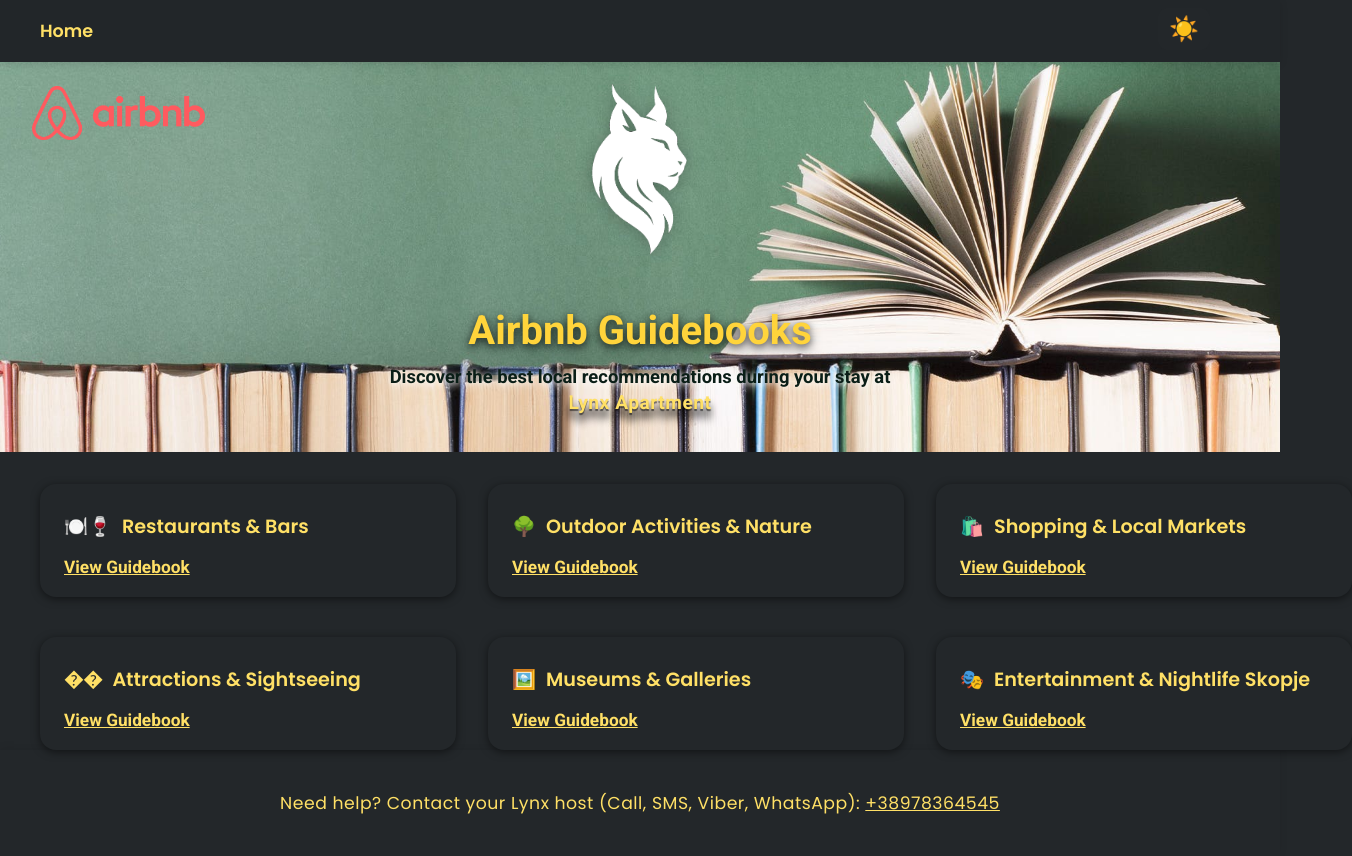
Repository: Z0ck0/Lynx-Apartment-Dashboard
Page: guidebooks.html
The author's editor kept a copy of each file at every save. The page is drawn from the files as they stood at one save, then again after the next save.
The browser window is 1280 px wide. The page is 1352 px wide, so the pictures cover 1352 px, including what lies to the right of the window. The pictures show the whole page.

Above is the page before, as saved 2025-07-02 13:18:09.

### guidebooks.html
<!DOCTYPE html>
<html lang="en">
  <head>
    <meta charset="UTF-8" />
    <title>Lynx Apartments – Guidebooks</title>
    <meta
      name="viewport"
      content="width=device-width, initial-scale=1.0"
    />
    <link
      href="https://fonts.googleapis.com/css?family=Roboto:400,700&display=swap"
      rel="stylesheet"
    />
    <link
      href="https://fonts.googleapis.com/css?family=Poppins:400,600&display=swap"
      rel="stylesheet"
    />
    <style>
      :root {
        --lynx-blue: #0078d7;
        --lynx-yellow: #ffe066;
        --lynx-bg: #f9f9f9;
        --lynx-dark: #23272a;
        --lynx-card: #fff;
        --lynx-shadow: 0 2px 8px
          rgba(0, 0, 0, 0.08);
        --nav-bg: rgba(30, 32, 34, 0.92);
        --nav-text: #fff;
        --nav-accent: #ffe066;
        --nav-shadow: 0 2px 8px
          rgba(0, 0, 0, 0.12);
        --nav-height: 62px;
        --nav-radius: 16px;
      }
      body {
        font-family: "Roboto", Arial, sans-serif;
        background: var(--lynx-bg);
        color: var(--lynx-dark);
        margin: 0;
        padding: 0;
        min-height: 100vh;
        box-sizing: border-box;
        padding-top: var(--nav-height);
      }
      .header {
        background: var(--lynx-card);
        box-shadow: var(--lynx-shadow);
        padding: 24px 0 12px 0;
        text-align: center;
      }
      .lynx-logo {
        width: 90px;
        margin-bottom: 8px;
      }
      .guidebooks-title {
        font-size: 2rem;
        font-weight: bold;
        color: var(--lynx-yellow);
        margin-top: 12px;
        margin-bottom: 8px;
      }
      .welcome {
        font-family: "Poppins", Arial, sans-serif;
        font-size: 1.25rem;
        font-weight: 600;
        margin-bottom: 6px;
        color: var(--lynx-blue);
      }
      .main-content {
        display: grid;
        grid-template-columns: repeat(3, 1fr);
        gap: 40px 80px;
        margin: 32px auto 0 auto;
        max-width: 1200px;
        padding: 0 12px;
        align-items: flex-start;
      }
      .card {
        background: var(--lynx-card);
        border-radius: 16px;
        box-shadow: var(--lynx-shadow);
        padding: 28px 24px 20px 24px;
        min-width: 320px;
        max-width: 400px;
        width: 100%;
        display: flex;
        flex-direction: column;
        align-items: flex-start;
        position: relative;
        margin-bottom: 0;
      }
      .card-title {
        font-family: "Poppins", Arial, sans-serif;
        font-size: 1.2rem;
        font-weight: 600;
        margin-bottom: 12px;
        display: flex;
        align-items: center;
        gap: 10px;
      }
      .guidebook-link {
        color: var(--lynx-blue);
        font-weight: bold;
        text-decoration: underline;
        font-size: 1.08rem;
        margin-top: 4px;
        transition: color 0.2s;
      }
      .guidebook-link:hover {
        color: var(--lynx-yellow);
      }
      .address-card {
        grid-column: 1 / -1;
        margin-bottom: 24px;
        background: var(--lynx-card);
        border-radius: 16px;
        box-shadow: var(--lynx-shadow);
        padding: 20px 20px 16px 20px;
        font-size: 1.08rem;
        color: var(--lynx-dark);
      }
      body.dark-mode .address-card {
        background: #23272a;
        color: #ffe066;
      }
      .address-text {
        margin-top: 6px;
        line-height: 1.5;
      }
      .footer {
        background: var(--lynx-dark);
        color: var(--lynx-yellow);
        text-align: center;
        padding: 40px 40px 40px 40px;
        font-size: 1.08rem;
        font-family: "Poppins", Arial, sans-serif;
        z-index: 100;
        box-shadow: 0 -2px 8px rgba(0, 0, 0, 0.08);
        letter-spacing: 0.5px;
      }
      #theme-toggle {
        position: absolute;
        top: 8px;
        right: 70px;
        font-size: 1.5rem;
        background: var(--lynx-card);
        color: #222;
        border: 1px solid #ccc;
        border-radius: 8px;
        padding: 6px 10px;
        cursor: pointer;
        z-index: 1000;
        transition: background 0.2s, color 0.2s;
      }
      body.dark-mode #theme-toggle {
        background: #23272a;
        color: #ffe066;
        border-color: #23272a;
      }
      #theme-toggle:hover {
        background: transparent;
      }
      @media (max-width: 900px) {
        .main-content {
          grid-template-columns: 1fr 1fr;
        }
      }
      @media (max-width: 600px) {
        .main-content {
          grid-template-columns: 1fr;
        }
        #theme-toggle {
          top: 4px;
          right: 34px;
        }
      }
      body.dark-mode {
        background: #23272a;
        color: #f3f3f3;
      }
      body.dark-mode .header,
      body.dark-mode .card {
        background: #23272a;
        color: #f3f3f3;
        box-shadow: 0 2px 8px rgba(0, 0, 0, 0.5);
      }
      body.dark-mode .footer {
        background: #23272a;
        color: #ffe066;
      }
      body.dark-mode .desc,
      body.dark-mode .card-title,
      body.dark-mode .welcome {
        color: #ffe066;
      }
      body.dark-mode .guidebook-link {
        color: #ffe066;
      }
      body.dark-mode .guidebook-link:hover {
        color: #0078d7;
      }
      .hero-section {
        width: 100vw;
        margin: 0;
        padding: 0;
        box-sizing: border-box;
      }
      .hero-bg-full {
        width: 100vw;
        height: 390px;
        margin: 0;
        background: url("public/Book-Banner.jpg")
          center center/cover no-repeat;
        position: relative;
        display: flex;
        align-items: center;
        justify-content: right;
      }
      .hero-overlay-full {
        width: 100vw;
        display: flex;
        flex-direction: column;
        align-items: center;
        justify-content: center;
        text-align: center;
        position: relative;
        z-index: 2;
        padding: 0 16px;
      }
      .hero-logo-full {
        width: 100px;
        margin-bottom: 18px;
        filter: drop-shadow(
          0 2px 8px rgba(0, 0, 0, 0.25)
        );
      }
      .hero-title {
        color: #ffd43b;
        font-size: 2.5rem;
        font-weight: bold;
        text-align: center;
        margin-bottom: 12px;
        text-shadow: 0 4px 12px rgba(0, 0, 0, 0.6),
          0 2px 6px rgba(0, 0, 0, 0.4);
      }
      .hero-subtitle {
        color: #0a1e17;
        font-size: 1.15rem;
        text-align: center;
        font-weight: 600;
        text-shadow: 0 3px 8px
            rgba(255, 255, 255, 0.8),
          0 1px 4px rgba(255, 255, 255, 0.6);
        max-width: 600px;
        margin: 0 auto;
      }
      @media (max-width: 1200px) {
        .hero-bg-full,
        .hero-overlay-full {
          width: 103vw;
        }
      }
      @media (max-width: 600px) {
        .hero-bg-full,
        .hero-overlay-full {
          height: 260px;
        }
        .hero-overlay-full {
          padding: 0 8px;
        }
        .hero-logo-full {
          width: 60px;
          margin-bottom: 10px;
        }
        .hero-title {
          font-size: 1.3rem;
        }
        .hero-subtitle {
          font-size: 0.98rem;
        }
      }
      .lynx-name-emphasized {
        font-size: 1.2rem;
        font-weight: 700;
        color: var(--lynx-yellow);
        margin-top: 4px;
        letter-spacing: 0.5px;
        text-align: center;
        text-shadow: 0 9px 9px rgba(0, 0, 0, 1.7),
          0 2px 1px rgba(0, 0, 0, 0.5);
      }

      @media (max-width: 600px) {
        .lynx-name-emphasized {
          font-size: 1.05rem;
        }
      }
      .airbnb-logo-hero {
        position: absolute;
        top: 24px;
        left: 32px;
        height: 54px;
        width: auto;
        z-index: 10;
        background: none;
        /* box-shadow: 0 2px 8px rgba(0, 0, 0, 0.1); */
      }
      @media (max-width: 600px) {
        .airbnb-logo-hero {
          top: 10px;
          left: 10px;
          height: 36px;
        }
      }
      .card:hover,
      .card:focus-within {
        box-shadow: 0 4px 24px 1px #ffe066cc !important;
        transition: box-shadow 0.18s;
      }
      .navbar {
        position: fixed;
        top: 0;
        left: 0;
        right: 0;
        height: var(--nav-height);
        background: var(--nav-bg);
        color: var(--nav-text);
        display: flex;
        align-items: center;
        justify-content: space-between;
        z-index: 1000;
        box-shadow: var(--nav-shadow);
        padding: 0 24px;
        backdrop-filter: blur(8px);
      }
      .nav-left {
        display: flex;
        align-items: center;
        gap: 18px;
      }
      .nav-logo {
        height: 38px;
        width: auto;
        margin-right: 8px;
      }
      .nav-home {
        background: none;
        border: none;
        color: var(--nav-accent);
        font-size: 1.1rem;
        font-weight: 700;
        font-family: "Poppins", Arial, sans-serif;
        cursor: pointer;
        padding: 6px 16px;
        border-radius: 8px;
        transition: background 0.18s, color 0.18s;
      }
      .nav-home:hover,
      .nav-home:focus {
        background: var(--nav-accent);
        color: #23272a;
        outline: none;
      }
      .nav-right {
        display: flex;
        align-items: center;
        gap: 12px;
      }
      .theme-toggle {
        background: #23272a;
        color: #ffe066;
        border: none;
        border-radius: 8px;
        font-size: 1.5rem;
        padding: 6px 10px;
        cursor: pointer;
        transition: background 0.18s, color 0.18s;
      }
      .theme-toggle:hover,
      .theme-toggle:focus {
        background: #ffe066;
        color: #23272a;
        outline: none;
      }
      @media (max-width: 600px) {
        .navbar {
          padding: 0 8px;
          height: 54px;
        }
        .nav-logo {
          height: 28px;
        }
        .nav-home {
          font-size: 1rem;
          padding: 4px 10px;
        }
        .theme-toggle {
          font-size: 1.2rem;
          padding: 4px 8px;
        }
      }
      body.dark-mode {
        background: #23272a;
        color: #ffe066;
      }
      body.dark-mode .navbar {
        background: rgba(35, 39, 42, 0.98);
        color: #ffe066;
      }
      body.dark-mode .nav-home {
        color: #ffe066;
      }
      body.dark-mode .nav-home:hover,
      body.dark-mode .nav-home:focus {
        background: #ffe066;
        color: #23272a;
      }
      body.dark-mode .theme-toggle {
        background: #ffe066;
        color: #23272a;
      }
      body.dark-mode .theme-toggle:hover,
      body.dark-mode .theme-toggle:focus {
        background: #23272a;
        color: #ffe066;
      }
    </style>
  </head>
  <body>
    <nav class="navbar">
      <div class="nav-left">
        <!-- <img src="public/logo-lynx.png" alt="Lynx Logo" class="nav-logo" /> -->
        <button
          class="nav-home"
          onclick="location.href='home.html'"
        >
          Home
        </button>
      </div>
      <div class="nav-right">
        <button
          class="theme-toggle"
          id="theme-toggle"
          aria-label="Toggle dark mode"
        >
          🌙
        </button>
      </div>
    </nav>
    <section class="hero-section">
      <div class="hero-bg-full">
        <a
          href="https://airbnb.com/h/lynx-apartment"
          target="_blank"
          rel="noopener"
          aria-label="Go to Lynx Apartment Airbnb page"
        >
          <img
            src="public/Airbnb_Logo.png"
            alt="Airbnb Logo"
            class="airbnb-logo-hero"
          />
        </a>
        <div class="hero-overlay-full">
          <img
            src="logo-lynx-dark.png"
            alt="Lynx Logo"
            class="hero-logo-full"
            id="hero-logo"
          />
          <h1 class="hero-title">
            Airbnb Guidebooks
          </h1>
          <p class="hero-subtitle">
            Discover the best local
            recommendations during your stay at
          </p>
          <p class="lynx-name-emphasized">
            Lynx Apartment
          </p>
        </div>
      </div>
    </section>
    <!-- <div class="header">
      <img
        src="logo-lynx.png"
        alt="Lynx Logo"
        class="lynx-logo"
        id="lynx-logo"
      />
      <div
        class="guidebooks-title text-4xl font-bold text-yellow-400 text-center"
        style="
          margin-top: 12px;
          margin-bottom: 8px;
        "
      >
        Lynx Apartment Guidebooks
      </div>
      <div
        class="welcome text-lg text-yellow-300 text-center"
        id="welcome-msg"
        style="margin-bottom: 6px"
      >
        Welcome to Lynx Apartment – Your comfort
        is our priority!
      </div>
    </div> -->
    <div class="main-content">
      <div class="card">
        <div class="card-title">
          <span class="icon">🍽️🍷</span
          >Restaurants & Bars
        </div>
        <a
          class="guidebook-link"
          href="https://www.airbnb.com/s/guidebooks?refinement_paths%5B%5D=%2Fguidebooks%2F6445854&s=67&unique_share_id=17f2527a-9d7d-4f70-a124-94ff42cbb9c2"
          target="_blank"
          >View Guidebook</a
        >
      </div>
      <div class="card">
        <div class="card-title">
          <span class="icon">🌳</span>Outdoor
          Activities & Nature
        </div>
        <a
          class="guidebook-link"
          href="https://www.airbnb.com/s/guidebooks?refinement_paths%5B%5D=%2Fguidebooks%2F6445888&s=67&unique_share_id=bfb07e6f-ed1f-4b67-86dc-74be5a45ed4d"
          target="_blank"
          >View Guidebook</a
        >
      </div>
      <div class="card">
        <div class="card-title">
          <span class="icon">🛍️</span>Shopping &
          Local Markets
        </div>
        <a
          class="guidebook-link"
          href="https://www.airbnb.com/s/guidebooks?refinement_paths%5B%5D=%2Fguidebooks%2F6445904&s=67&unique_share_id=f99bf10b-19ce-4f3c-a555-f81f0760bb7f"
          target="_blank"
          >View Guidebook</a
        >
      </div>
      <div class="card">
        <div class="card-title">
          <span class="icon">��️</span>Attractions
          & Sightseeing
        </div>
        <a
          class="guidebook-link"
          href="https://www.airbnb.com/s/guidebooks?refinement_paths%5B%5D=%2Fguidebooks%2F6445913&s=67&unique_share_id=a69aee32-a072-4f91-ae0d-86b038428fca"
          target="_blank"
          >View Guidebook</a
        >
      </div>
      <div class="card">
        <div class="card-title">
          <span class="icon">🖼️</span>Museums &
          Galleries
        </div>
        <a
          class="guidebook-link"
          href="https://www.airbnb.com/s/guidebooks?refinement_paths%5B%5D=%2Fguidebooks%2F6445919&s=67&unique_share_id=5c0d8f7f-7c7f-495b-ab18-3348941659f6"
          target="_blank"
          >View Guidebook</a
        >
      </div>
      <div class="card">
        <div class="card-title">
          <span class="icon">🎭</span
          >Entertainment & Nightlife Skopje
        </div>
        <a
          class="guidebook-link"
          href="https://www.airbnb.com/s/guidebooks?refinement_paths%5B%5D=%2Fguidebooks%2F6445924&s=67&unique_share_id=0c0fd1e8-504a-42f5-8388-f218fd7fce7e"
          target="_blank"
          >View Guidebook</a
        >
      </div>
    </div>
    <div class="footer" id="footer-contact">
      <span id="footer-msg"
        >Need help? Contact your Lynx host (Call,
        SMS, Viber, WhatsApp):
        <a
          href="tel:+38978364545"
          style="
            color: #ffe066;
            text-decoration: underline;
          "
          >+38978364545</a
        ></span
      >
    </div>
    <script>
      // Theme toggle logic
      const themeToggle = document.getElementById(
        "theme-toggle"
      );
      function setTheme(dark) {
        if (dark) {
          document.body.classList.add(
            "dark-mode"
          );
          themeToggle.textContent = "☀️";
          localStorage.setItem(
            "lynx-theme",
            "dark"
          );
        } else {
          document.body.classList.remove(
            "dark-mode"
          );
          themeToggle.textContent = "🌙";
          localStorage.setItem(
            "lynx-theme",
            "light"
          );
        }
      }
      themeToggle.onclick = function () {
        setTheme(
          !document.body.classList.contains(
            "dark-mode"
          )
        );
      };
      (function () {
        const saved =
          localStorage.getItem("lynx-theme");
        setTheme(saved === "dark" || !saved);
      })();
    </script>
  </body>
</html>

After the next save:
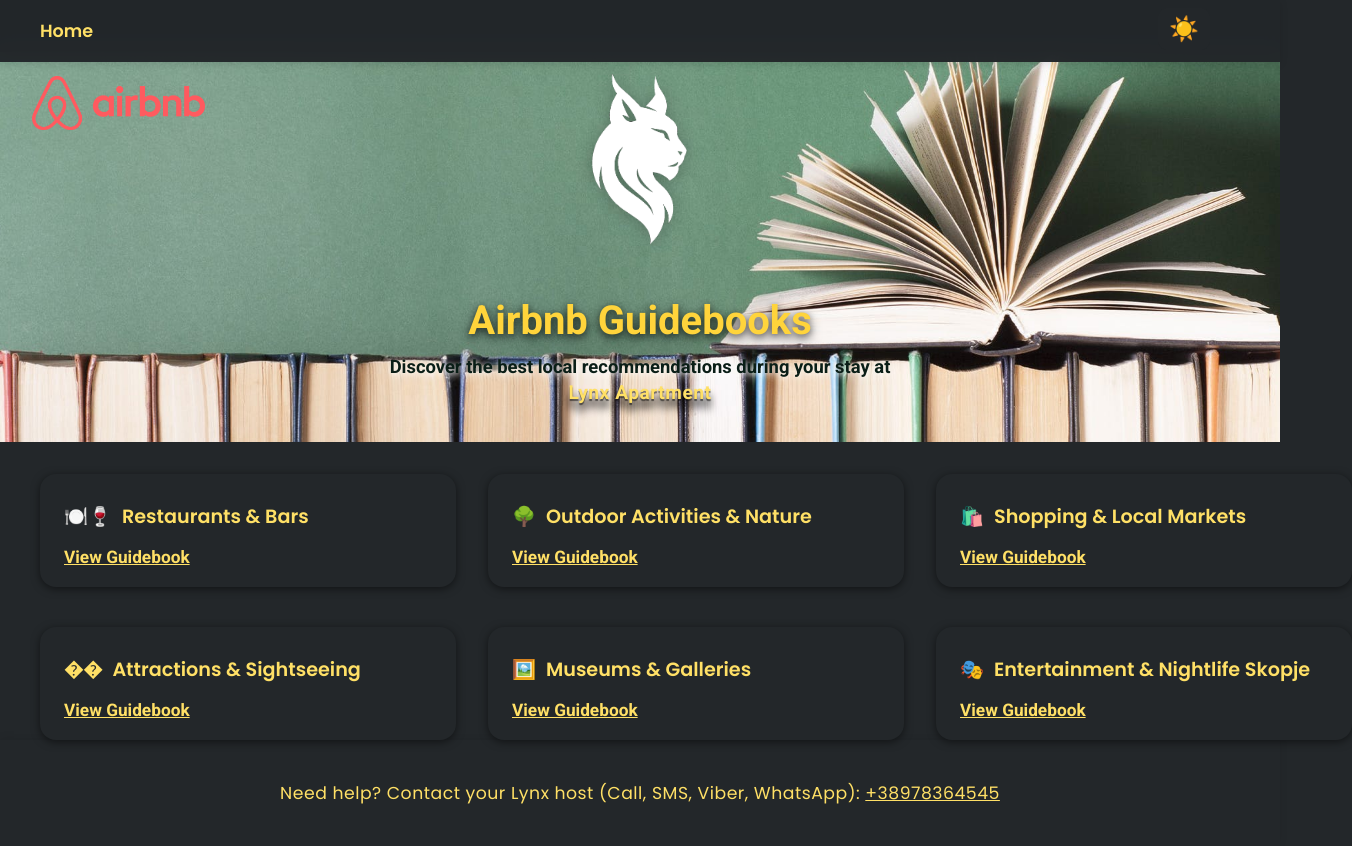
Saved 7 s later.
--- a/guidebooks.html
+++ b/guidebooks.html
@@ -40,7 +40,7 @@
         padding: 0;
         min-height: 100vh;
         box-sizing: border-box;
-        padding-top: var(--nav-height);
+        padding-top: 52px;
       }
       .header {
         background: var(--lynx-card);
